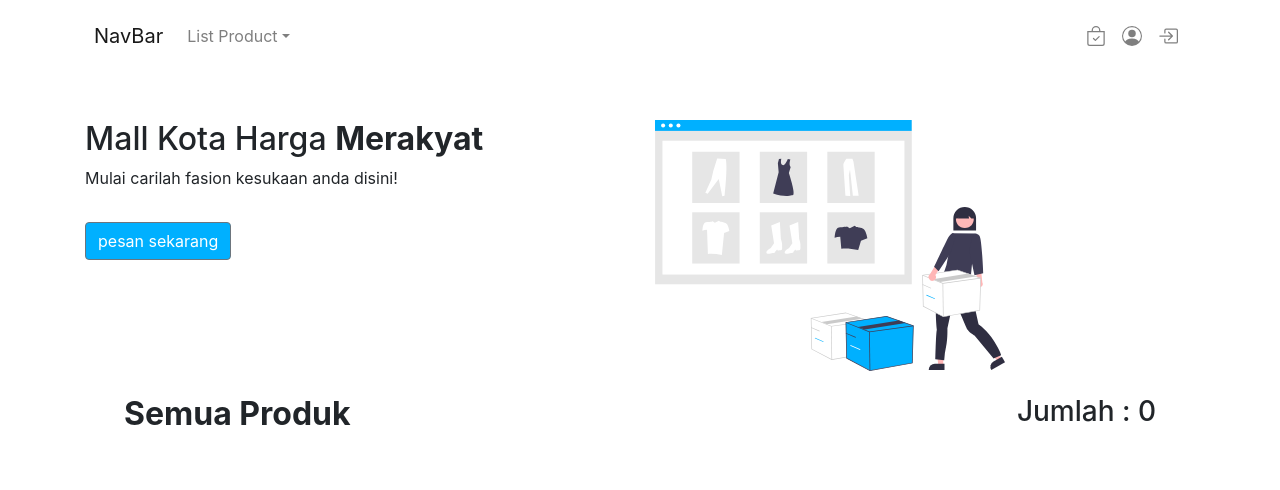
Repository: AHSANS354/ecommerce-catalog
Page: /
An editor plug-in stored every save of this project. The page is shown before and after the next save, followed by the edit.
The browser window is 1280 px wide. The pictures show the whole page.
The page's requests for data from a server got no answer. The project was rebuilt for these pictures with package versions that can differ from the ones it lists, and the page was loaded fresh each time. No one was signed in, and anything a server would have sent is missing. Also part of the build but not shown: vue.config.js, src/components/CardProduct.vue.

Above is the page before, as saved 2023-03-01 22:44:01.

After the next save:
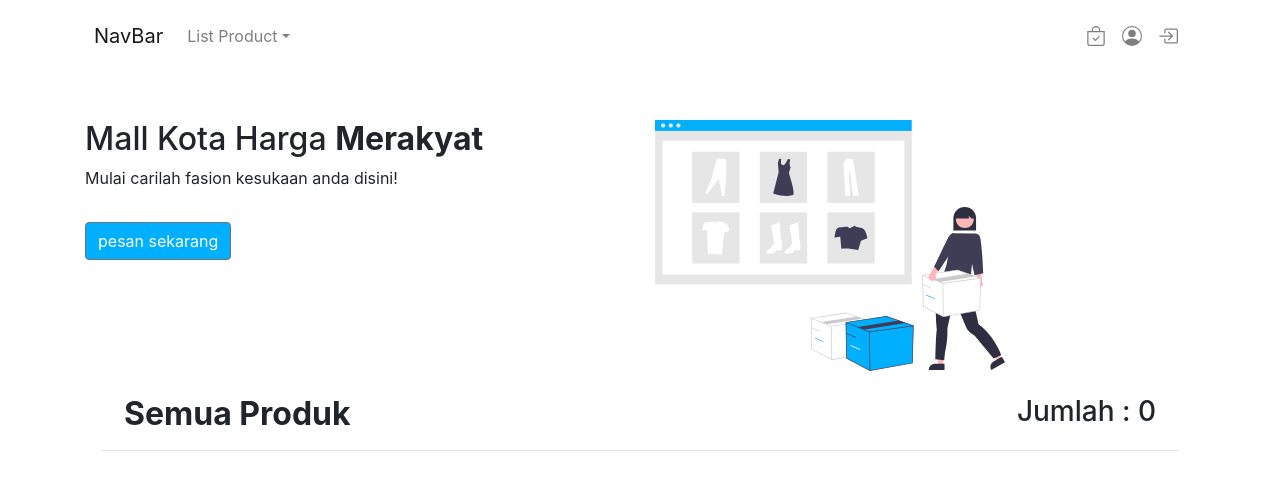
Saved 19 s later.
--- a/src/views/HomeView.vue
+++ b/src/views/HomeView.vue
@@ -18,7 +18,7 @@
         </div>
       </div>
 
-      <div class="row m-3 p-2">
+      <div class="row border-bottom m-3 p-2">
         <div class="col d-flex justify-content-between">
           <h2><strong>Semua Produk</strong></h2>
           <h3>
